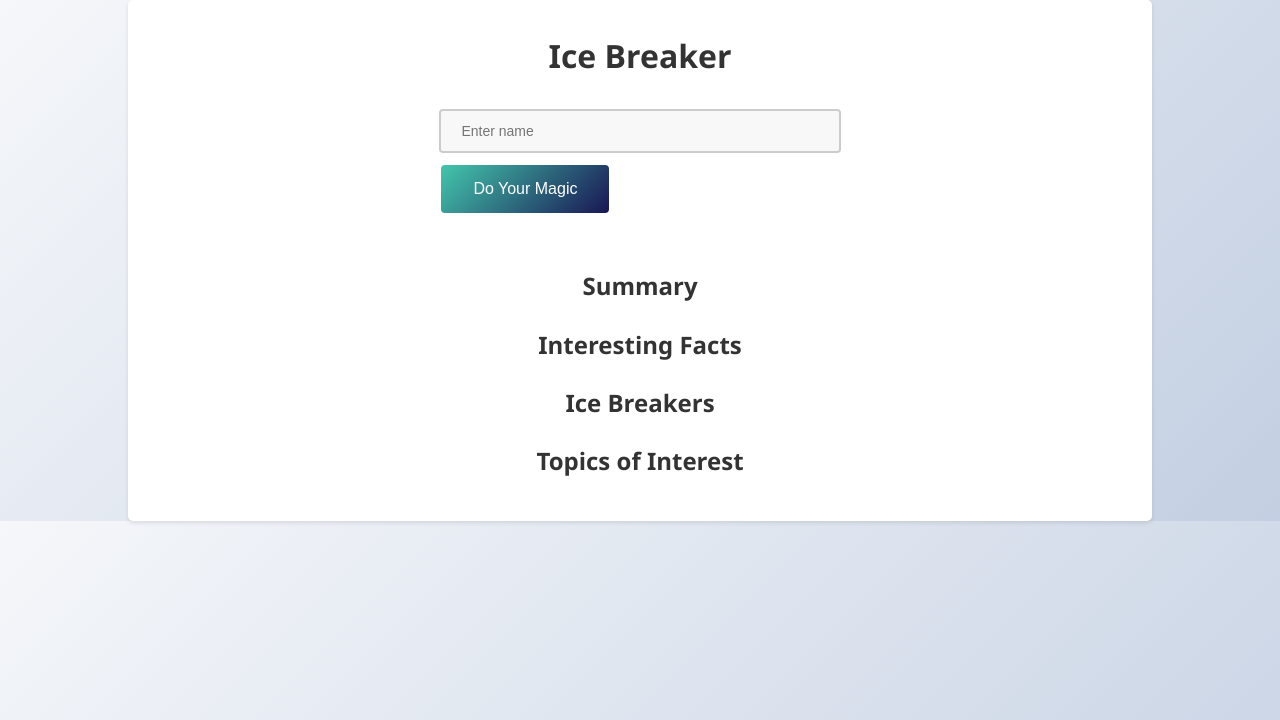
Repository: kunal02kb/Minor-Project-LangCahin
Page: http://localhost/
These files come from the project's save history. The page is drawn as it stood at one moment and after the next save; the edit follows.
The browser window is 1280 px wide. The pictures show the whole page.
Some web libraries are served in a nearby version. The page is served by the project's application, run on Flask 3 (app.py).

Above is the page before, as saved 2023-09-27 06:07:00.

After the next save:
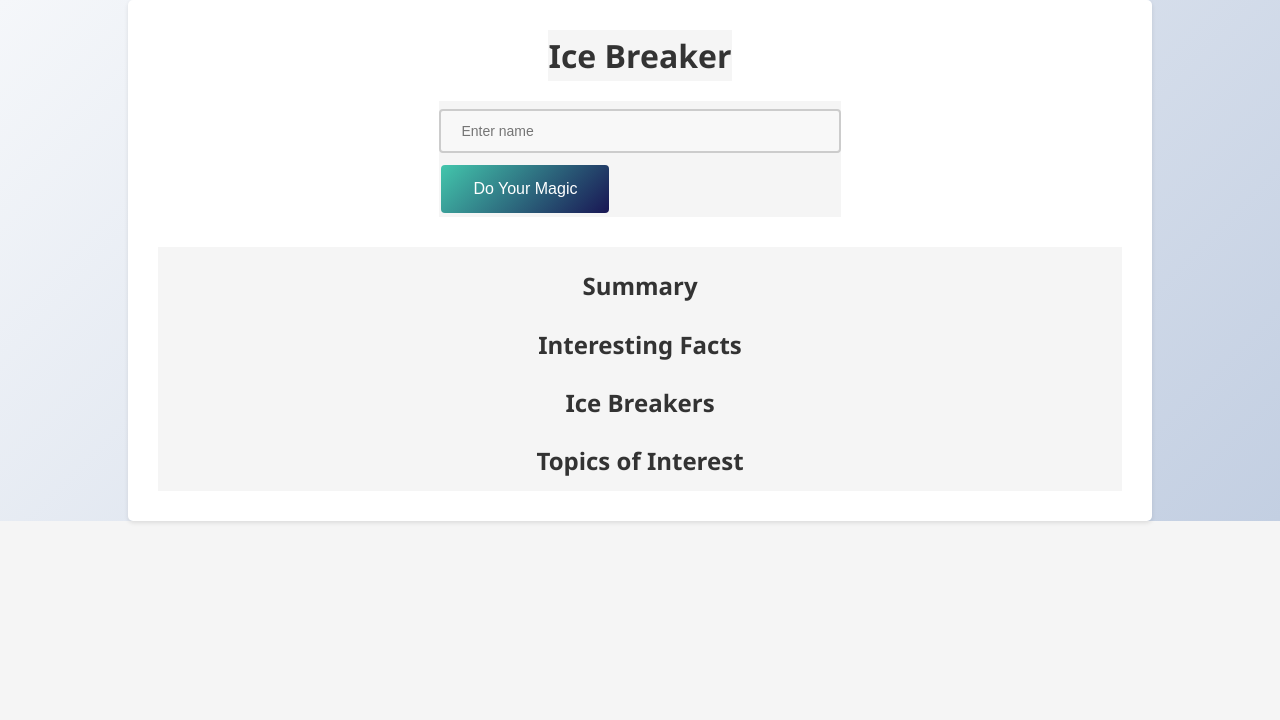
Saved 2 h 13 min later.
--- a/static/css/style.css
+++ b/static/css/style.css
@@ -3,11 +3,12 @@
     box-sizing: border-box;
     margin: 0;
     padding: 0;
+    background-color: #f5f5f5;
 }
 
 body {
     font-family: 'Segoe UI', Tahoma, Geneva, Verdana, sans-serif;
-    background-color: #f5f5f5;
+
     color: #333;
     line-height: 1.6;
 }

After the save that followed:
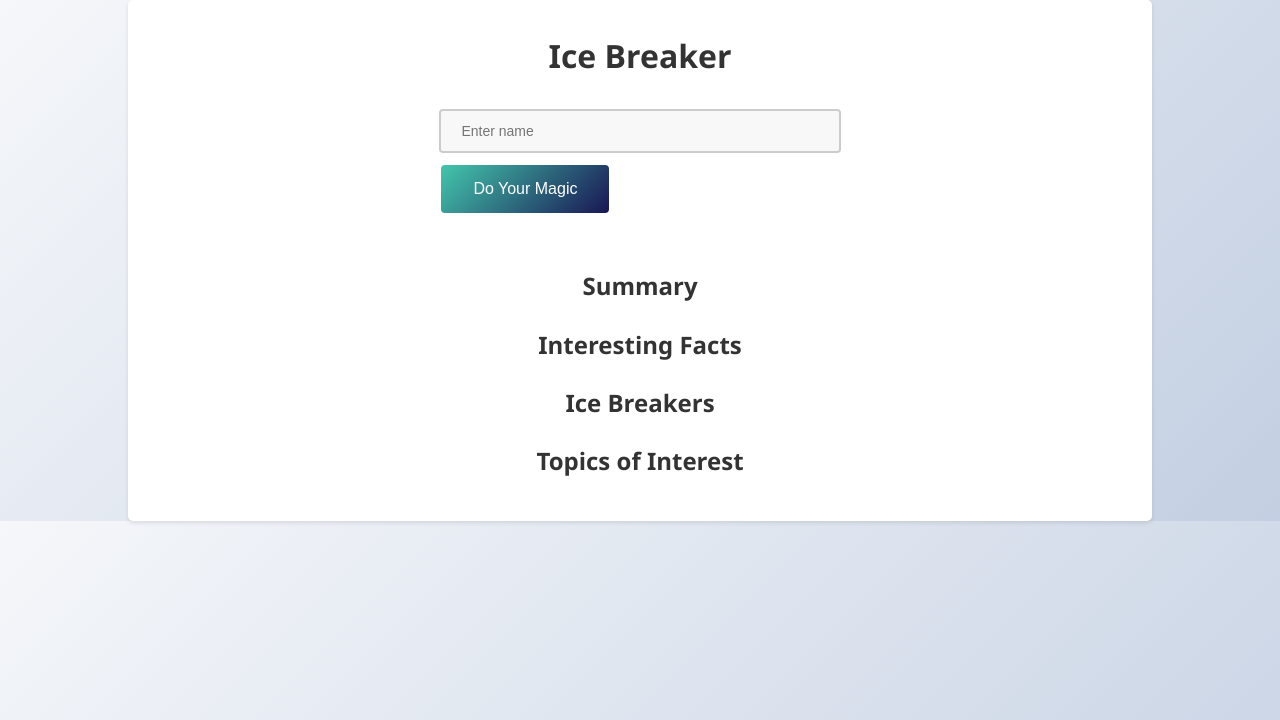
Saved 6 s later.
--- a/static/css/style.css
+++ b/static/css/style.css
@@ -3,12 +3,11 @@
     box-sizing: border-box;
     margin: 0;
     padding: 0;
-    background-color: #f5f5f5;
 }
 
 body {
     font-family: 'Segoe UI', Tahoma, Geneva, Verdana, sans-serif;
-
+    background-color: #f5f5f5;
     color: #333;
     line-height: 1.6;
 }
